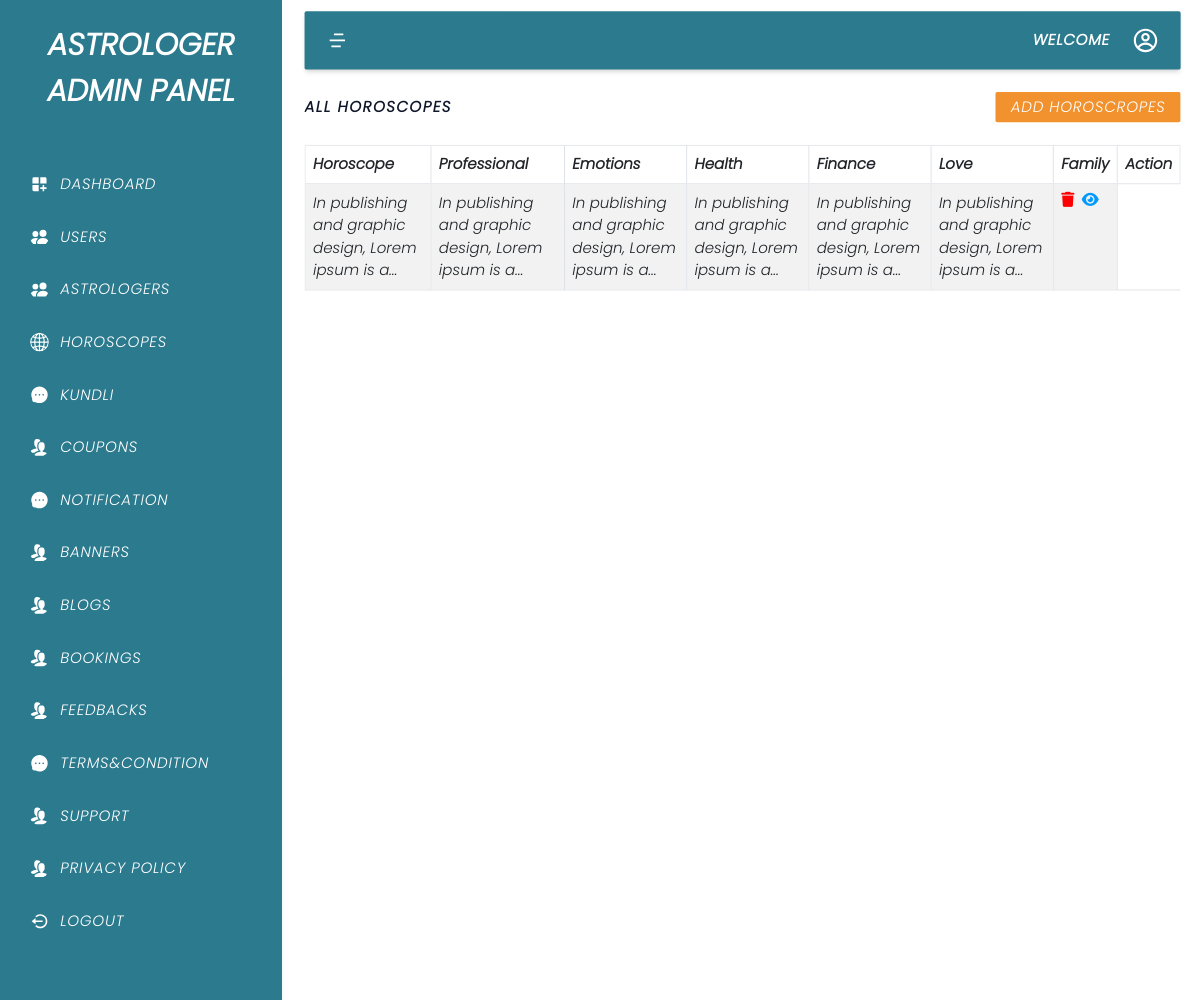
Repository: FlyweisReact/Hariom-Admin-Panel
Page: /horo
An editor plug-in stored every save of this project. The page is shown before and after the next save, followed by the edit.
The browser window is 1280 px wide. The pictures show the whole page, at 94% of full size.
The page's requests for data from a server got no answer. Some web libraries are served in a nearby version. The project was rebuilt for these pictures with package versions that can differ from the ones it lists, and the page was loaded fresh each time. No one was signed in, and anything a server would have sent is missing. Also part of the build but not shown: src/vendorPanel/forms/VendorLogin.jsx, src/vendorPanel/pages/AdminDiscount.js, src/vendorPanel/pages/AdminReview.js, src/vendorPanel/pages/Astrologers.js, src/vendorPanel/pages/Banners.js, src/vendorPanel/pages/Booking.js, src/vendorPanel/pages/Kundli.js, src/vendorPanel/pages/Message.js and 23 more.

Above is the page before, as saved 2023-04-18 13:21:27.

After the next save:
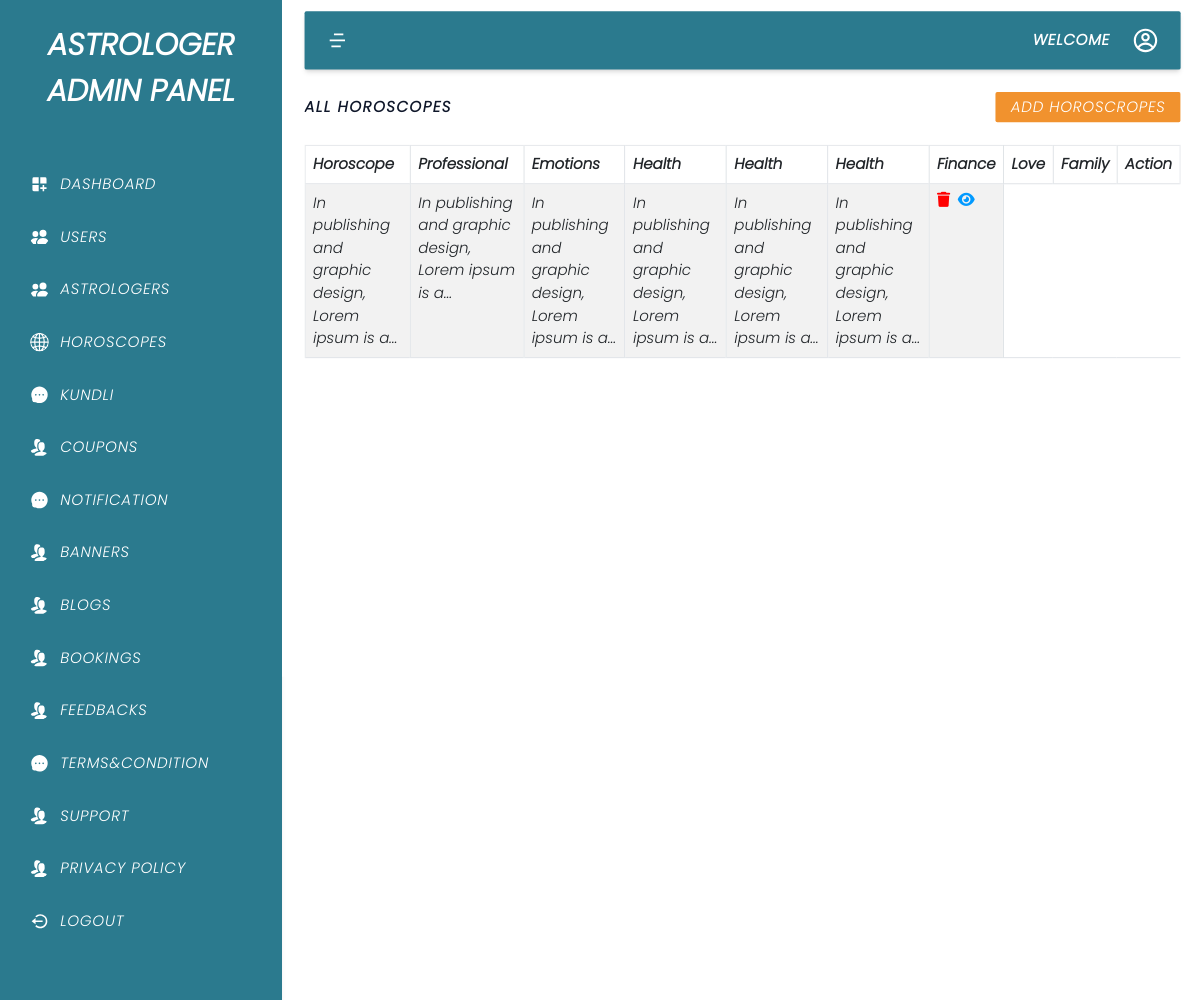
Saved 7 s later.
--- a/src/vendorPanel/pages/Horoscope.js
+++ b/src/vendorPanel/pages/Horoscope.js
@@ -166,6 +166,8 @@ const Horoscope = () => {
               <th>Horoscope</th>
               <th>Professional</th>
               <th>Emotions</th>
+              <th>Health</th>
+              <th>Health</th>
               <th>Health</th>
               <th>Finance</th>
               <th>Love</th>
